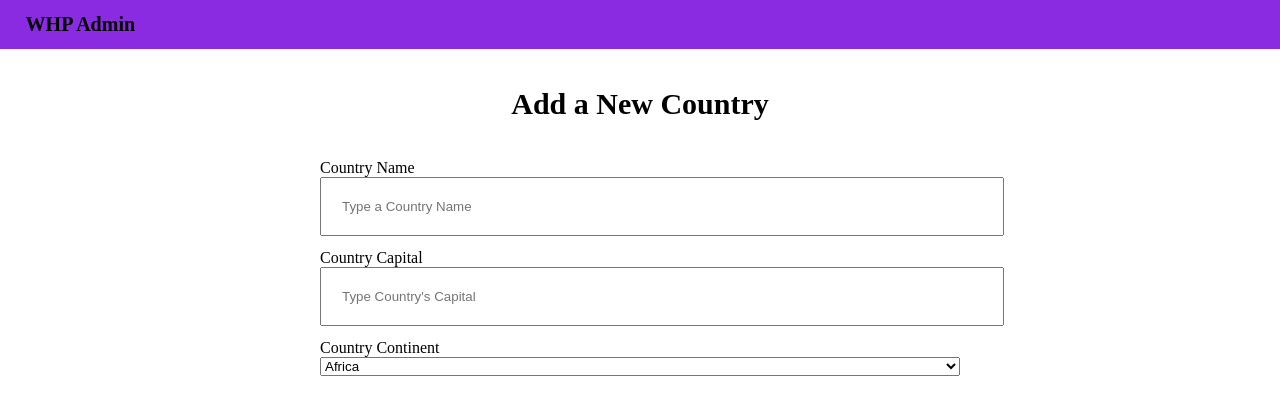
Repository: sabinaPetrisor/World_Hour_Project
Page: http://localhost/WorldHourProject/jsp/add-country.jsp
The author's editor kept a copy of each file at every save. The page is drawn from the files as they stood at one save, then again after the next save.
The browser window is 1280 px wide. The pictures show the whole page.
The page is served by Tomcat 9. Other server files are loaded and not shown.

Above is the page before, as saved 2023-08-04 12:56:17.

### WorldHourProject/src/main/webapp/jsp/add-country.jsp
<%@ page language="java" contentType="text/html; charset=UTF-8"
    pageEncoding="UTF-8"%>
<!DOCTYPE html>
<html>
<head>
	<meta name="viewport" content="width=device-width, initial-scale=1" charset="UTF-8">
	<title>World Hour Project Add Country</title>
	<style> <%@include file="../css/navbar.css" %> </style>
	<style> <%@include file="../css/admin.css" %> </style>
	<style> <%@include file="../css/add-page-admin.css" %> </style>
</head>
<body>
	<%@include file="navbar.jsp" %>

	<div class="content-container">
		<p class="content-container-title">Add a New Country</p>
		<div class="add-form-container">
			<form class="add-form">
				<label for="cname">Country Name</label>
				<input type="text" placeholder="Type a Country Name" class="insert-text" id="cname" name="country-name">
				<label for="ccapital">Country Capital</label>
				<input type="text" placeholder="Type Country's Capital" class="insert-text" id="ccapital" name="country-capital">
				<label for="ccontinent">Country Continent</label>
				<select class="option-selection" id="ccontinent" name="country-continent">
					<option value="africa">Africa</option>
					<option value="america">America</option>
					<option value="asia">Asia</option>
					<option value="atlantic">Atlantic</option>
					<option value="australia">Australia</option>
					<option value="europe">Europe</option>
					<option value="indian">Indian</option>
					<option value="pacific">Pacific</option>
				</select>
			</form>
		</div>
	</div>
</body>
</html>

### WorldHourProject/src/main/webapp/css/navbar.css
.header-container {
	position: relative;
	width: 100%;
	background-color: blueviolet;
	display: flex;
}

.header-title {
	padding-top: 1%;
	padding-bottom: 1%;
	margin-left: 2%;
	margin-right: 2%;
}

.home-page-title {
	font-size: 20px;
	font-weight: bold;
	width: auto;
}

.home-page-title:hover {
	color: cadetblue;
	cursor: pointer;
}

### WorldHourProject/src/main/webapp/css/admin.css
@charset "UTF-8";
* {
	margin: 0;
	width: 100%;
}

.content-container {
	margin-top: 3%;
}

.content-container-title {
	text-align: center;
	font-size: 30px;
	font-weight: bold;
	margin-bottom: 3%;
}

.btn-container {
	display: flex;
	justify-content: center;
}

.add-button {
	padding: 1%;
	margin-bottom: 3%;
	background-color: blueviolet;
	border: none;
	text-align: center;
	font-weight: bold;
	width:auto;
	cursor: pointer;
}

.tbl {
	margin: 0 auto;
	border-collapse: collapse;
	table-layout: auto;
	width: auto;

}

.tbl-col-names {
	border: 2px solid blueviolet;
	background-color: blueviolet;
}

.tbl td, .tbl-col-names th {
  border: 1px solid #dddddd;
  text-align: center;
  width: auto;
}

.tbl tr:nth-child(even) {
  background-color: #dddddd;
}

### WorldHourProject/src/main/webapp/css/add-page-admin.css
@charset "UTF-8";
* {
	margin: 0;
	width: 100%;
}

.add-form-container {
	display: flex;
	justify-content: center;
}

.add-form {
	width: 50%;
}

.insert-text {
	margin-bottom: 2%;
	padding: 20px;
}

### WorldHourProject/src/main/webapp/jsp/navbar.jsp
<div class="header-container">
	<div class="header-title">
		<span class="home-page-title">WHP Admin</span>
	</div>
</div>

After the next save:
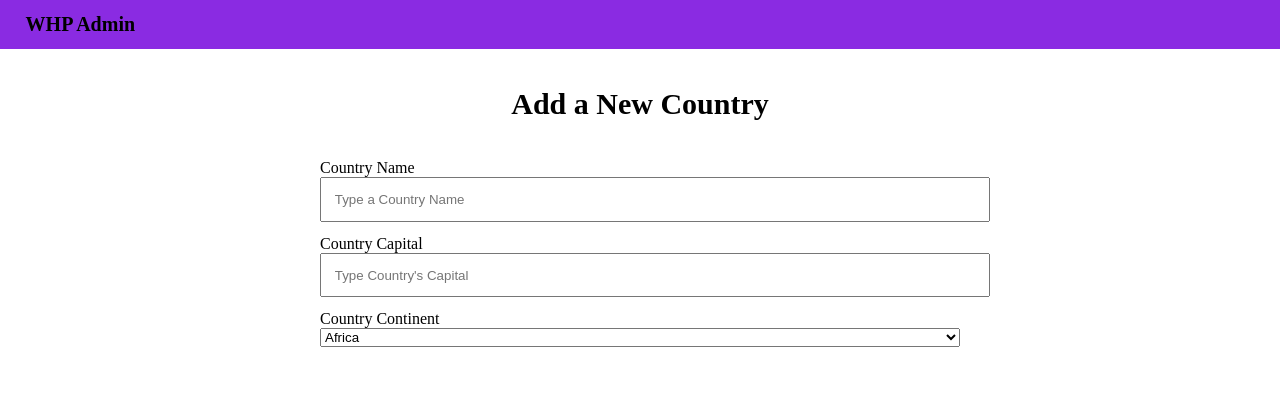
Saved 11 s later.
--- a/WorldHourProject/src/main/webapp/css/add-page-admin.css
+++ b/WorldHourProject/src/main/webapp/css/add-page-admin.css
@@ -15,5 +15,5 @@
 
 .insert-text {
 	margin-bottom: 2%;
-	padding: 20px;
+	padding: 2%;
 }
